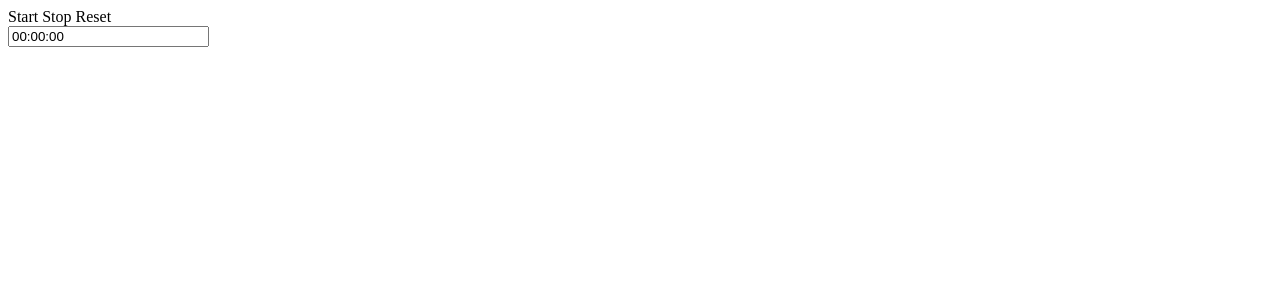
Repository: nghiakma/Javascript-begin
Page: timer/timer.html
The author's editor kept a copy of each file at every save. The page is drawn from the files as they stood at one save, then again after the next save.
The browser window is 1280 px wide. The pictures show the whole page.

Above is the page before, as saved 2023-05-22 17:43:50.

### timer/timer.html
<!DOCTYPE html>
<!DOCTYPE html>
<html lang="en">

<head>
    <meta charset="UTF-8">
    <meta http-equiv="X-UA-Compatible" content="IE=edge">
    <meta name="viewport" content="width=device-width, initial-scale=1.0">
    <title>Document</title>
    <link rel="stylesheet" href="timer.css">
</head>
<span id="over1" onmouseover="over1('red')" onmouseout="out1('black')" onclick="start()">
    Start</span>
<span id="over2" onmouseover="over2('red')" onmouseout="out2('black')" onclick="stop()">
    Stop</span>
<span id="over3" onmouseover="over3('red')" onmouseout="out3('black')" onclick="reset()">
    Reset</span>
<form>
    <input type="text" name="display" size="22" value="00:00:00">
</form>
<!--
    	This script downloaded from www.JavaScriptBank.com
    	Come to view and download over 2000+ free javascript at www.JavaScriptBank.com
	-->

<body>

</body>

</html>

Loaded but not shown: timer/timer.css (empty)

After the next save:
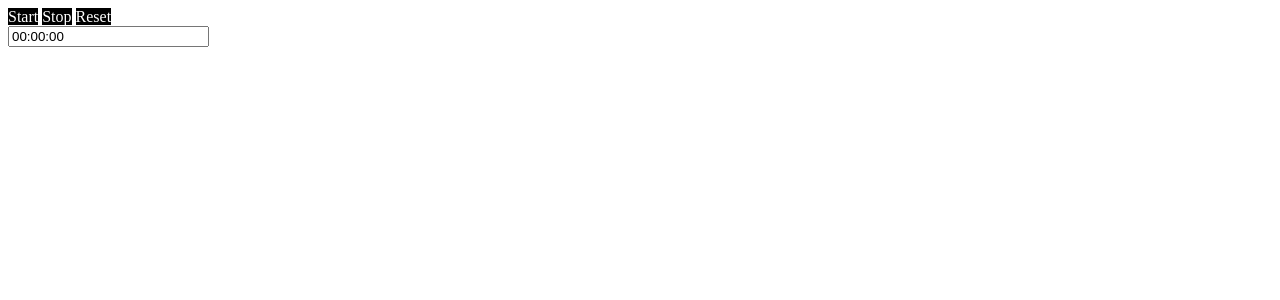
Saved 20 s later.
--- a/timer/timer.html
+++ b/timer/timer.html
@@ -8,6 +8,13 @@
     <meta name="viewport" content="width=device-width, initial-scale=1.0">
     <title>Document</title>
     <link rel="stylesheet" href="timer.css">
+    <style>
+        span {
+            cursor: pointer;
+            color: white;
+            background: black;
+        }
+    </style>
 </head>
 <span id="over1" onmouseover="over1('red')" onmouseout="out1('black')" onclick="start()">
     Start</span>
